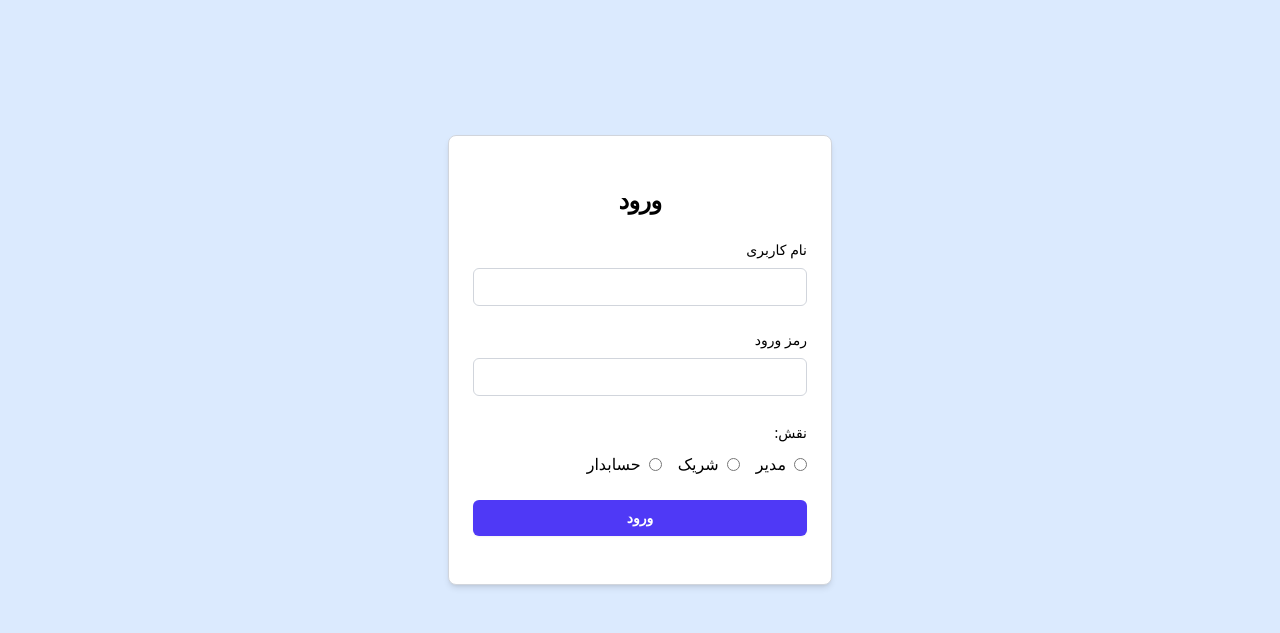
Repository: fuad303/karokhy-frontend
Page: /login
The author's editor kept a copy of each file at every save. The page is drawn from the files as they stood at one save, then again after a run of saves.
The browser window is 1280 px wide. The pictures show the whole page.
The project was rebuilt for these pictures with package versions that can differ from the ones it lists, and the page was loaded fresh each time. Also part of the build but not shown: vite.config.ts, src/layouts/MainLayout.tsx, src/pages/Home.tsx.

Above is the page before, as saved 2025-12-08 15:08:07.

After the next 2 saves:
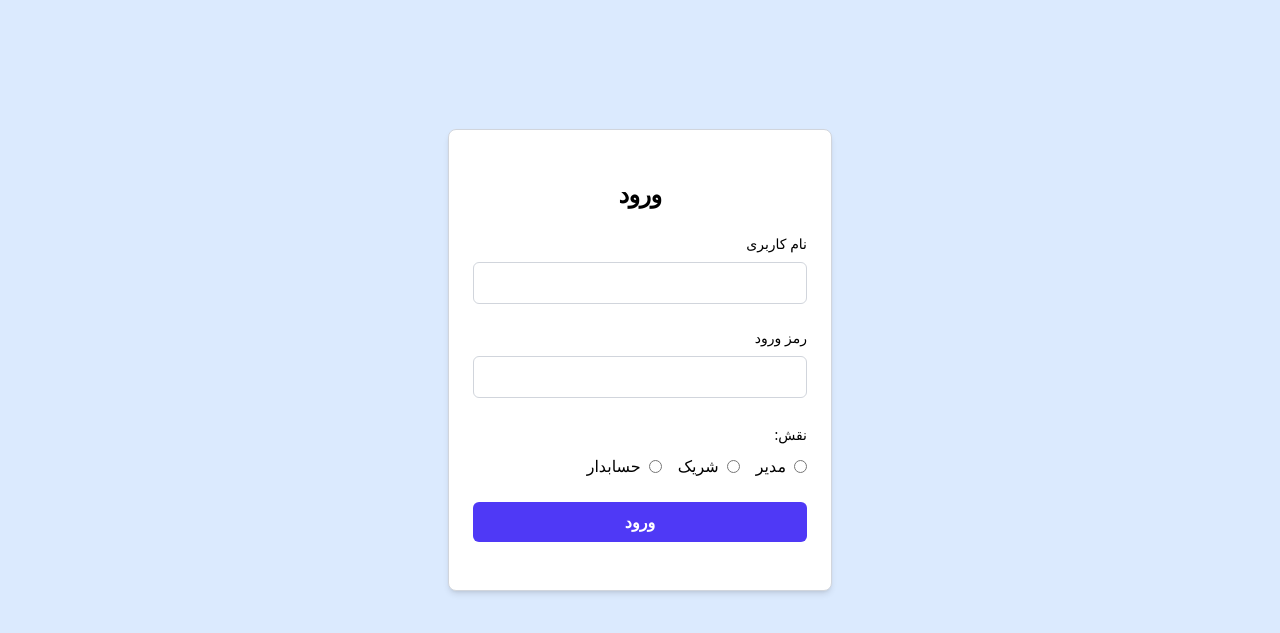
The 2 saves are shown as one change because 1 did not build or start.
The last was saved 73 s later.
--- a/src/components/LoginPage.tsx
+++ b/src/components/LoginPage.tsx
@@ -1,23 +1,36 @@
+import React from "react";
 import { useForm } from "react-hook-form";
-import z from "zod";
+import { z } from "zod";
+import { zodResolver } from "@hookform/resolvers/zod";
 
+// -------------------------
+// 🔹 1. Zod Schema
+// -------------------------
 const loginSchema = z.object({
   username: z.string().min(1, "username is required"),
   password: z.string().min(1, "password is required"),
-  role: z.enum(["ADMIN", "PARTNER", "ََAccountant"]),
+  role: z.enum(["ADMIN", "PARTNER", "ACCOUNTANT"], {
+    errorMap: () => ({ message: "role is required" }),
+  }),
 });
 
-type loginFormType = z.infer<typeof loginSchema>;
+// 🔹 2. Extract Type
+type LoginFormType = z.infer<typeof loginSchema>;
 
+// -------------------------
+// 🔹 3. Login Component
+// -------------------------
 function LoginPage() {
   const {
     register,
     handleSubmit,
     formState: { errors },
-  } = useForm();
+  } = useForm<LoginFormType>({
+    resolver: zodResolver(loginSchema),
+  });
 
-  const onSubmit = (data: loginFormType) => {
-    console.log("form Data : ", data);
+  const onSubmit = (data: LoginFormType) => {
+    console.log("Form Data:", data);
   };
 
   return (
@@ -32,108 +45,73 @@ function LoginPage() {
           ورود
         </h2>
 
-        <form
-          action="#"
-          onSubmit={handleSubmit(onSubmit)}
-          method="POST"
-          className="mt-6 space-y-6"
-        >
+        <form onSubmit={handleSubmit(onSubmit)} className="mt-6 space-y-6">
+          {/* USERNAME */}
           <div>
-            <label
-              htmlFor="username"
-              className="block text-sm font-medium text-black text-right"
-            >
+            <label className="block text-sm font-medium text-black text-right">
               نام کاربری
             </label>
-            <div className="mt-2">
-              <input
-                id="username"
-                type="text"
-                {...register("username", { required: "username is required" })}
-                required
-                autoComplete="username"
-                className="block w-full rounded-md bg-white px-3 py-2 text-base text-black border border-gray-300 placeholder:text-gray-400 focus:border-blue-500 focus:outline-none sm:text-sm"
-              />
-            </div>
+            <input
+              type="text"
+              {...register("username")}
+              className="mt-2 block w-full rounded-md border border-gray-300 px-3 py-2"
+            />
             {errors.username && (
-              <p className="mt-2 text-sm text-red-600" role="alert">
-                {errors.username?.message}
+              <p className="mt-2 text-sm text-red-600">
+                {errors.username.message}
               </p>
             )}
           </div>
 
+          {/* PASSWORD */}
           <div>
-            <label
-              htmlFor="password"
-              className="block text-sm font-medium text-black text-right"
-            >
+            <label className="block text-sm font-medium text-black text-right">
               رمز ورود
             </label>
-            <div className="mt-2">
-              <input
-                id="password"
-                type="password"
-                {...register("password", { required: "password is required" })}
-                required
-                autoComplete="current-password"
-                className="block w-full rounded-md bg-white px-3 py-2 text-base text-black border border-gray-300 placeholder:text-gray-400 focus:border-blue-500 focus:outline-none sm:text-sm"
-              />
-            </div>
+            <input
+              type="password"
+              {...register("password")}
+              className="mt-2 block w-full rounded-md border border-gray-300 px-3 py-2"
+            />
             {errors.password && (
-              <p className="mt-2 text-sm text-red-600" role="alert">
-                {errors.password?.message}
+              <p className="mt-2 text-sm text-red-600">
+                {errors.password.message}
               </p>
             )}
           </div>
 
+          {/* ROLE */}
           <div className="mt-4">
             <span className="text-sm font-medium text-black">نقش:</span>
+
             <div className="flex gap-4 mt-2">
               <label className="flex items-center gap-2">
-                <input
-                  type="radio"
-                  {...register("role", { required: "role is required " })}
-                  value="ADMIN"
-                  className="accent-indigo-600"
-                />
+                <input type="radio" {...register("role")} value="ADMIN" />
                 <span>مدیر</span>
               </label>
 
               <label className="flex items-center gap-2">
-                <input
-                  type="radio"
-                  {...register("role", { required: "role is required " })}
-                  value="Partner"
-                  className="accent-green-600"
-                />
+                <input type="radio" {...register("role")} value="PARTNER" />
                 <span>شریک</span>
               </label>
 
               <label className="flex items-center gap-2">
-                <input
-                  type="radio"
-                  {...register("role", { required: "role is required " })}
-                  value="Accountant"
-                  className="accent-yellow-600"
-                />
+                <input type="radio" {...register("role")} value="ACCOUNTANT" />
                 <span>حسابدار</span>
               </label>
-              {errors.role && (
-                <p className="mt-2 text-sm text-red-600" role="alert">
-                  {errors.role?.message}
-                </p>
-              )}
             </div>
+
+            {errors.role && (
+              <p className="mt-2 text-sm text-red-600">{errors.role.message}</p>
+            )}
           </div>
 
-          <div>
-            <button
-              type="submit"
-              className="flex w-full justify-center rounded-md bg-indigo-600 px-3 py-2 text-sm font-semibold text-white shadow-xs hover:bg-indigo-500 focus-visible:outline-2 focus-visible:outline-offset-2 focus-visible:outline-indigo-600"
-            >
-              ورود
-            </button>
-          </div>
+          <button
+            type="submit"
+            className="w-full bg-indigo-600 text-white rounded-md py-2 font-semibold"
+          >
+            ورود
+          </button>
         </form>
       </div>
     </div>
